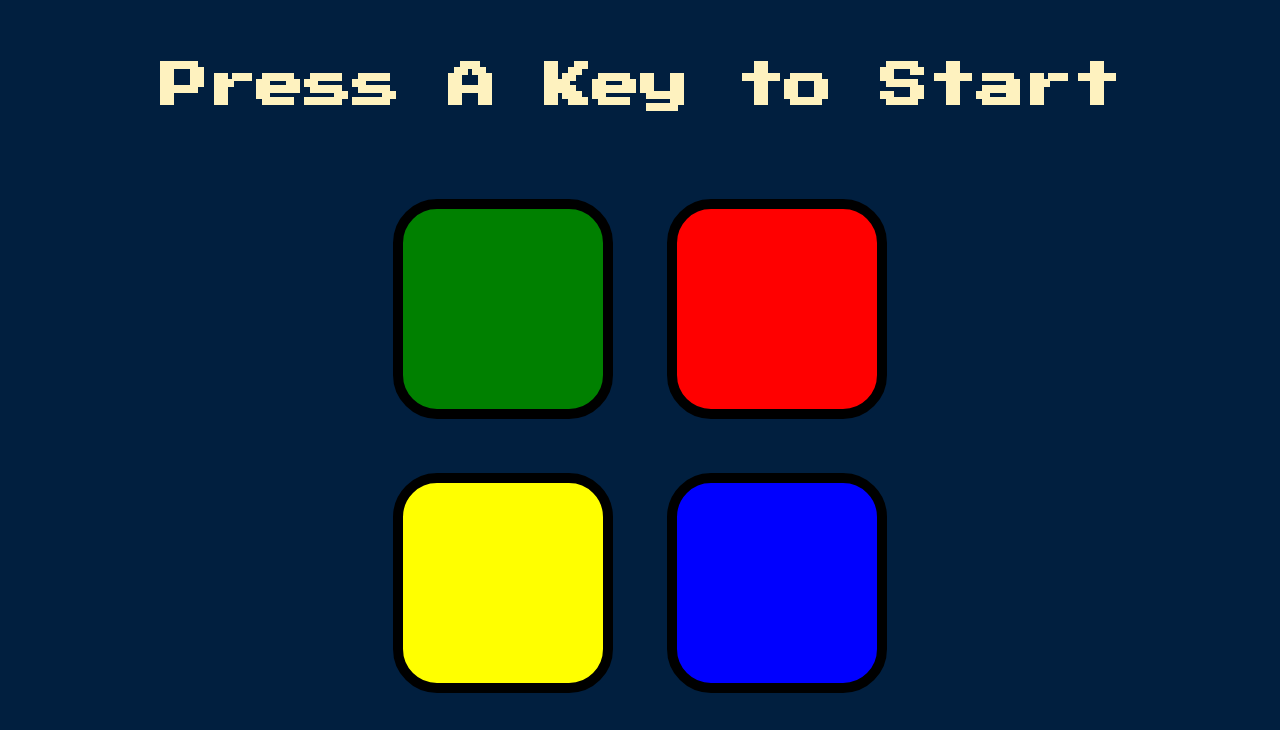
Repository: doncsar/yu-frontend-bootcamp
Page: 19-simon-game-challenge/index.html
These files come from the project's save history. The page is drawn as it stood at one moment and after the next save; the edit follows.
The browser window is 1280 px wide. The pictures show the whole page.

Above is the page before, as saved 2024-01-28 16:11:30.
Console error: SyntaxError: missing ) after argument list

### 19-simon-game-challenge/index.html
<!DOCTYPE html>
<html lang="en" dir="ltr">

<head>
  <meta charset="utf-8">
  <link rel="stylesheet" href="styles.css">
  <link href="https://fonts.googleapis.com/css?family=Press+Start+2P" rel="stylesheet">
  <link rel="shortcut icon" href="simon-icon.png" type="image/x-icon">
  <title>Simon</title>
</head>

<body>
  <h1 id="level-title">Press A Key to Start</h1>
  <div class="container">
    <div lass="row">

      <div type="button" id="green" class="btn green">

      </div>

      <div type="button" id="red" class="btn red">

      </div>
    </div>

    <div class="row">

      <div type="button" id="yellow" class="btn yellow">

      </div>
      <div type="button" id="blue" class="btn blue">

      </div>

    </div>

  </div>

      <script src="https://ajax.googleapis.com/ajax/libs/jquery/3.7.1/jquery.min.js"></script>
      <script src="game.js"></script>
</body>

</html>

### 19-simon-game-challenge/styles.css
body {
  text-align: center;
  background-color: #011F3F;
}

#level-title {
  font-family: 'Press Start 2P', cursive;
  font-size: 3rem;
  margin: 5%;
  color: #FEF2BF;
}

.container {
  display: block;
  width: 50%;
  margin: auto;
}

.btn {
  margin: 25px;
  display: inline-block;
  height: 200px;
  width: 200px;
  border: 10px solid black;
  border-radius: 20%;
  transition: .2s;
}

.game-over {
  background-color: red;
  opacity: 0.8;
}

.red {
  background-color: red;
}

.green {
  background-color: green;
}

.blue {
  background-color: blue;
}

.yellow {
  background-color: yellow;
}

.pressed {
  box-shadow: 0 0 20px white;
  background-color: grey;
}


/* Responsive adjustments */
@media (max-width: 1100px) {
  .container {
    width: 80%; /* Adjust container width for tablets */
  }
  .btn {
    height: 150px; /* Adjust button height for smartphones */
    width: 150px; /* Adjust button width for smartphones */
    margin: 10px; /* Adjust button margin for smartphones */
    border: 7px solid black;
  }
}


@media (max-width: 490px) {
  .btn {
    height: 100px; /* Adjust button height for smartphones */
    width: 100px; /* Adjust button width for smartphones */
    margin: 10px; /* Adjust button margin for smartphones */
    border: 5px solid black;
  }

  #level-title {
    font-size: 2rem; /* Adjust font size for smartphones */
  }
}

@media (max-width: 350px) {
  .container {
    width: 80%; /* Adjust container width for tablets */
  }
  .btn {
    height: 70px; /* Adjust button height for smartphones */
    width: 70px; /* Adjust button width for smartphones */
    margin: 7px; /* Adjust button margin for smartphones */
    border: 4px solid black;
  }
}

### 19-simon-game-challenge/game.js
$('h1').css('color''black')

After the next save:
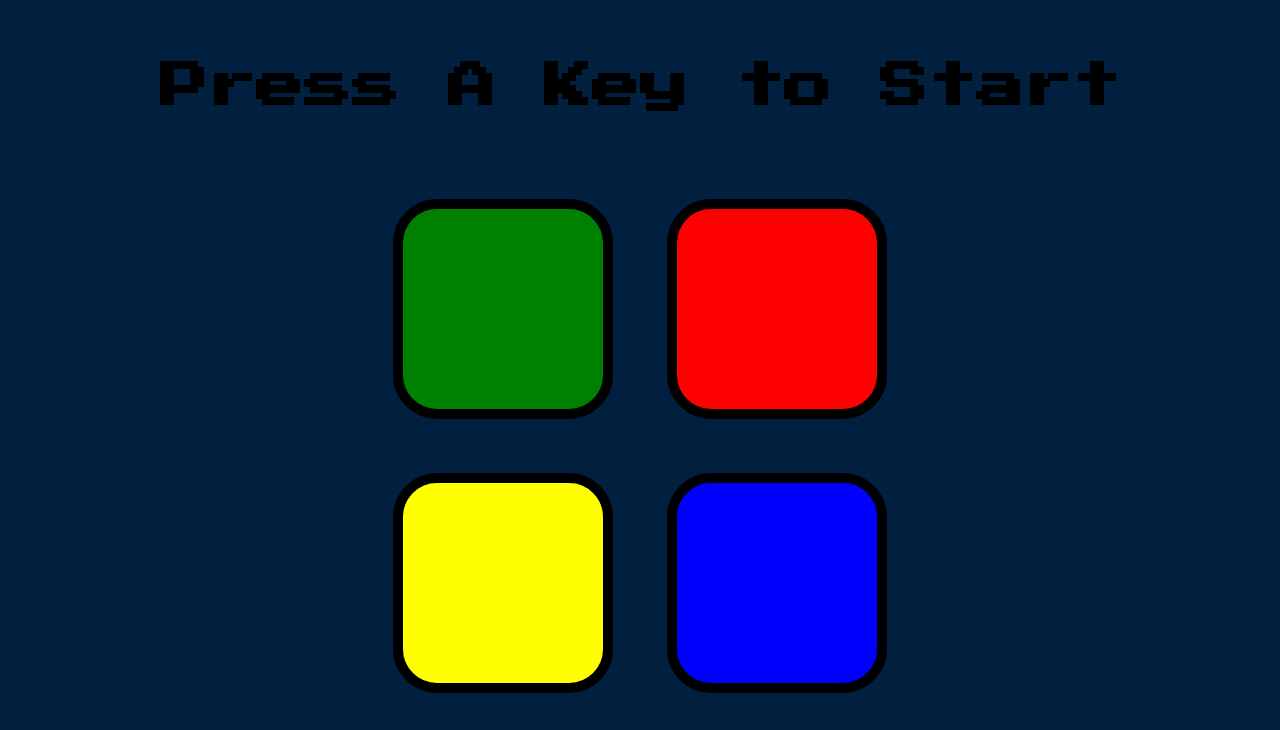
The error is gone.
Saved 1 s later.
--- a/19-simon-game-challenge/game.js
+++ b/19-simon-game-challenge/game.js
@@ -1 +1 @@
-$('h1').css('color''black')
+$('h1').css('color','black')
